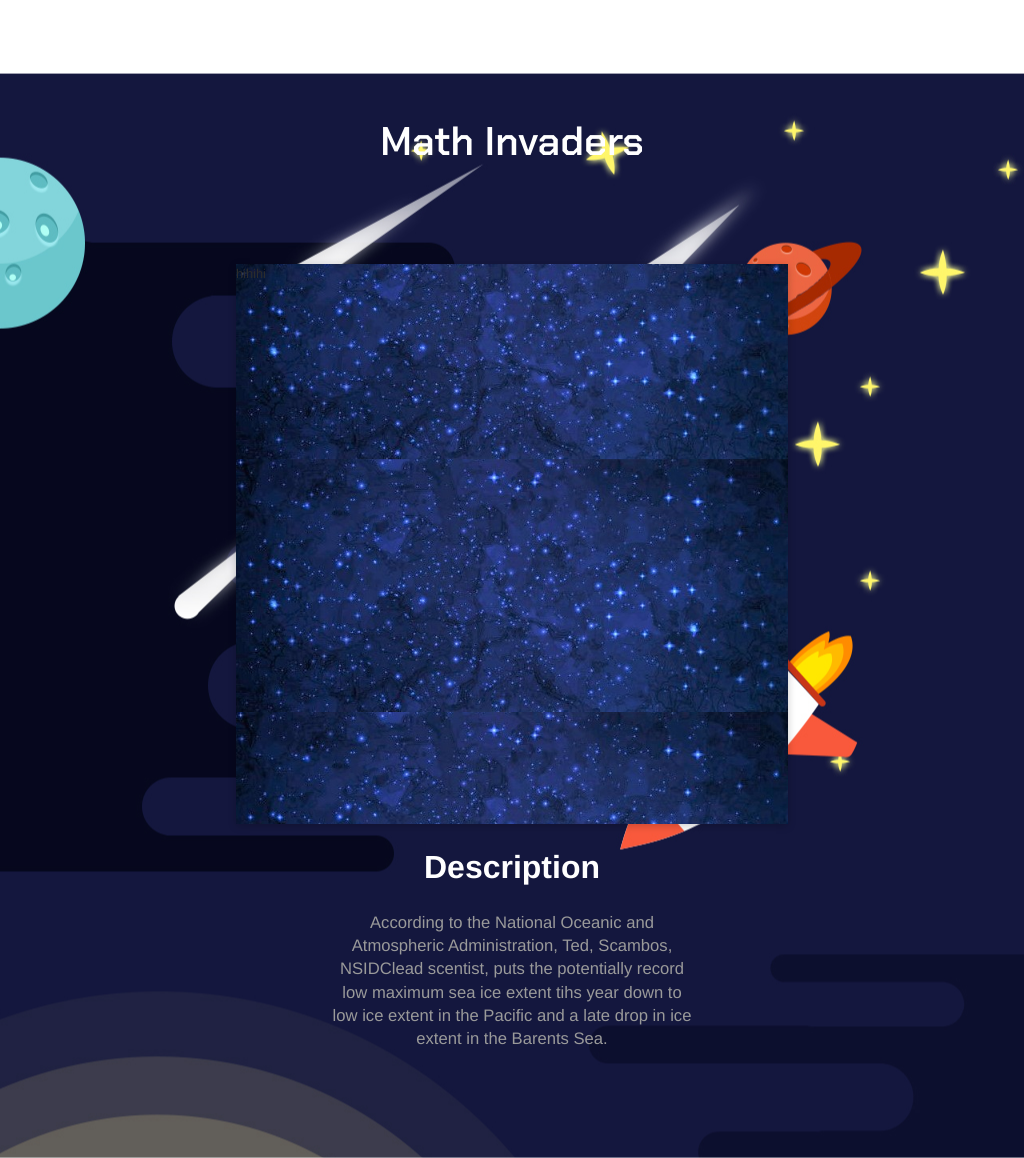
Repository: kkyler24/MathInvader
Page: index.html
An editor plug-in stored every save of this project. The page is shown before and after the next save, followed by the edit.
The browser window is 1280 px wide. The pictures show the whole page, at 80% of full size.
Some web libraries are served in a nearby version.

Above is the page before, as saved 2020-07-19 20:01:39.
Console error: TypeError: Cannot read properties of null (reading 'appendChild')

After the next save:
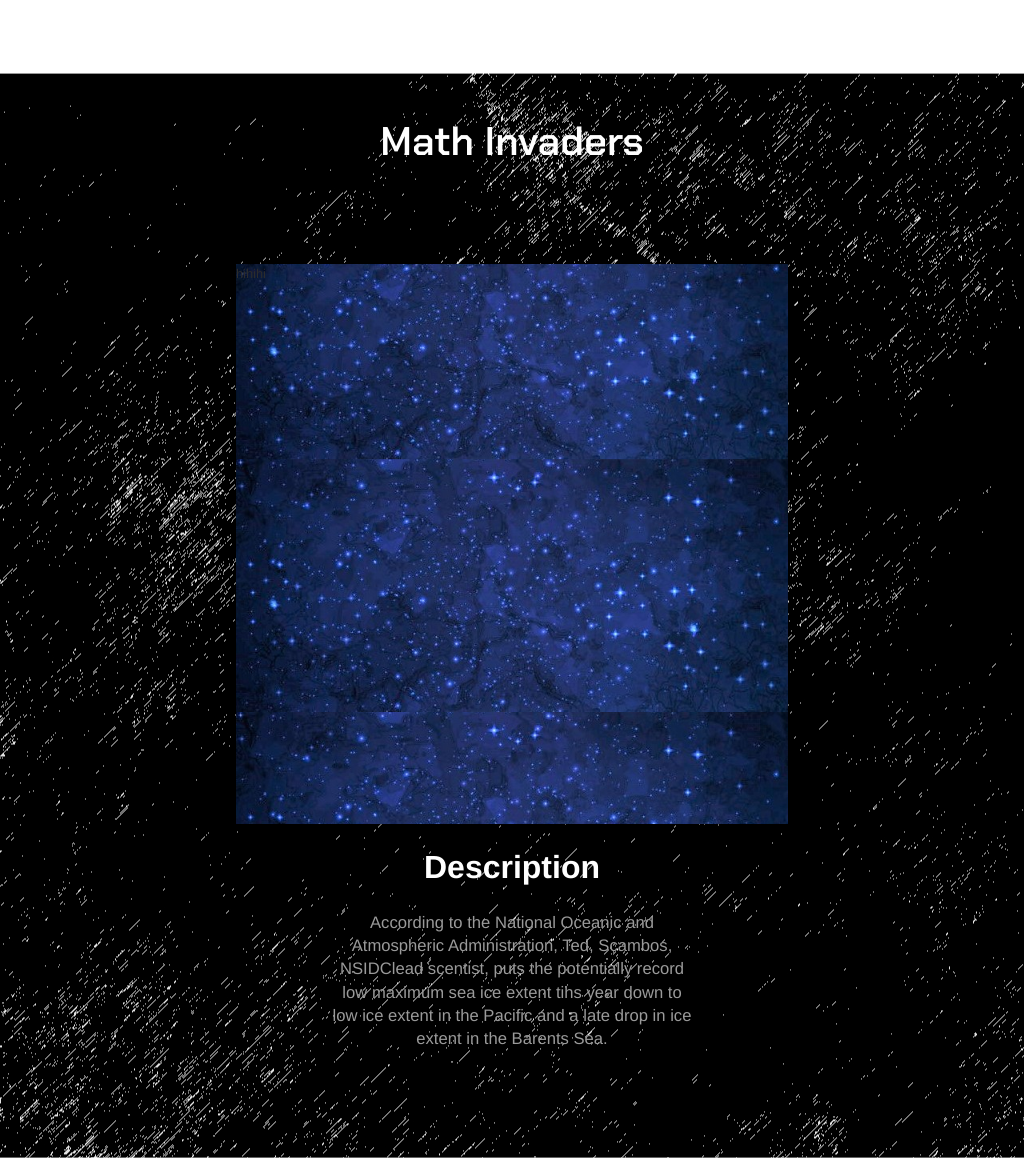
Saved 92 s later.
--- a/jsFolder/index.css
+++ b/jsFolder/index.css
@@ -169,7 +169,7 @@ h2 {
 }
 
 #backgroundSection {
-  background-image: url("./pictures/MathApics/spaceship/rocketSky.jpg");
+  background-image: url("./pictures/MathApics/spaceship/blacksparkle.jpg");
   background-repeat: no-repeat;
   background-size: cover;
   width: 100%;
